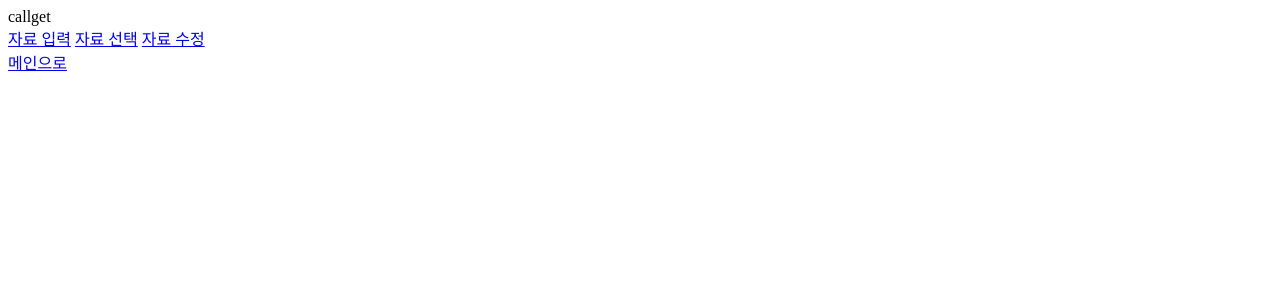
Repository: CUCU7103/Python-project
Page: django2/gpapp/templates/callget.html
An editor plug-in stored every save of this project. The page is shown before and after the next save, followed by the edit.
The browser window is 1280 px wide. The pictures show the whole page.

Above is the page before, as saved 2023-04-19 01:38:26.

### django2/gpapp/templates/callget.html
<!DOCTYPE html>
<html>
<head>
<meta charset="UTF-8">
<title>Insert title here</title>
</head>
<body>
callget<br/>
<a href="/myapp/insert">자료 입력</a>
<a href="/myapp/select">자료 선택</a>
<a href="/myapp/update">자료 수정</a>
<br/>
<a href="/">메인으로 </a>
</body>
</html>

After the next save:
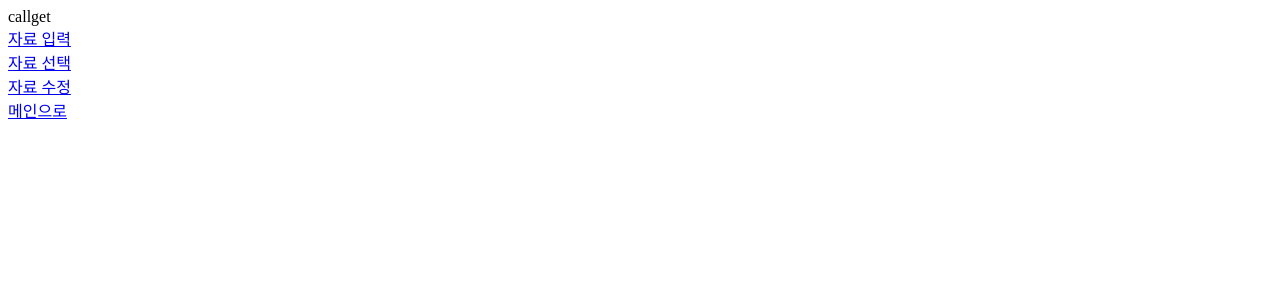
Saved 6 s later.
--- a/django2/gpapp/templates/callget.html
+++ b/django2/gpapp/templates/callget.html
@@ -7,7 +7,9 @@
 <body>
 callget<br/>
 <a href="/myapp/insert">자료 입력</a>
+<br/>
 <a href="/myapp/select">자료 선택</a>
+<br/>
 <a href="/myapp/update">자료 수정</a>
 <br/>
 <a href="/">메인으로 </a>
